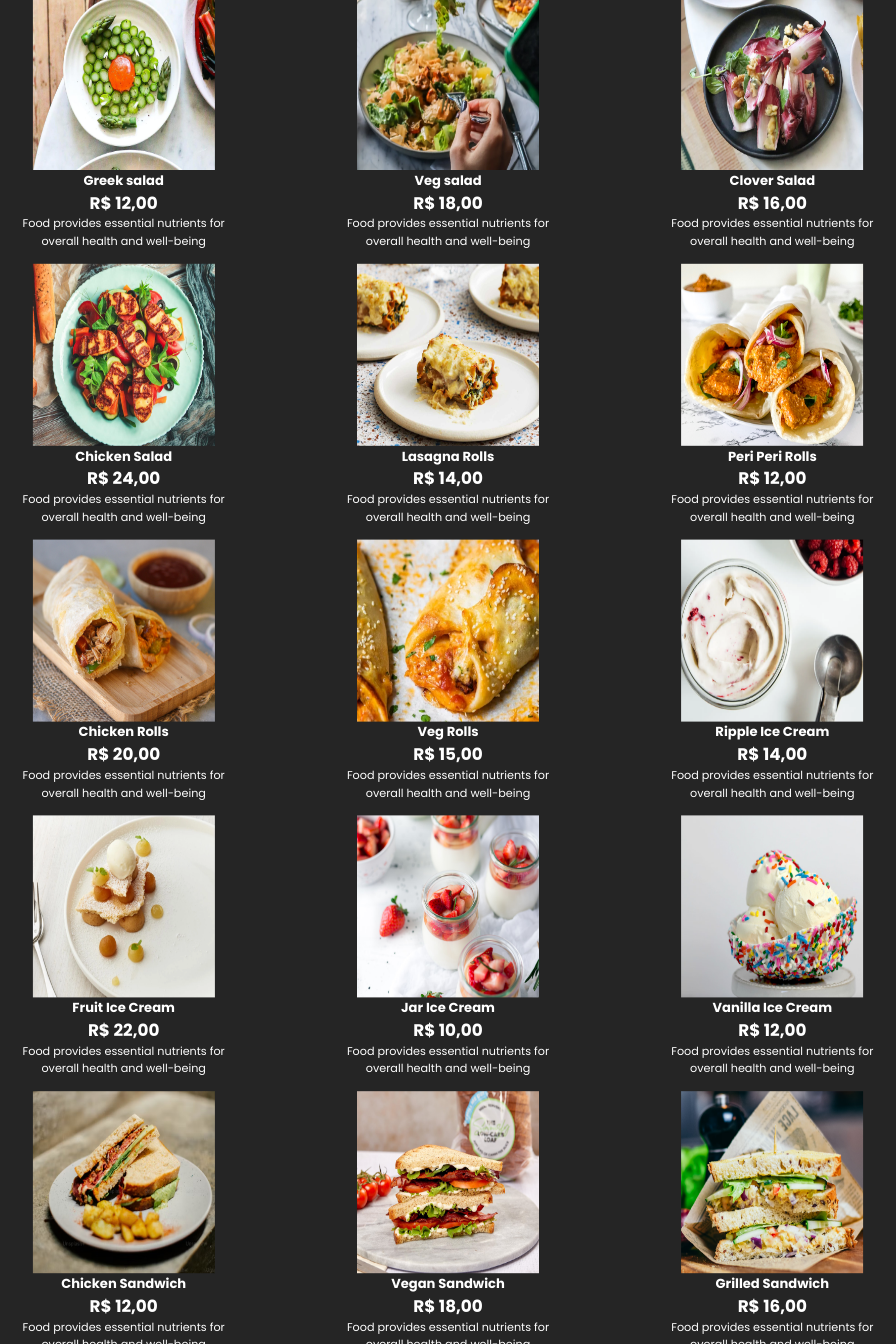
Repository: guilhermecardoso93/coffe-site-vite
Page: /
These files come from the project's save history. The page is drawn as it stood at one moment and after the next save; the edit follows.
The browser window is 1280 px wide. The pictures show the part of the page from y = 1487 to 3407 px (the page is 5785 px tall before and 6137 px after), at 70% of full size.
Some web fonts or font styles are not loaded; a fallback is used. The project was rebuilt for these pictures with package versions that can differ from the ones it lists, and the page was loaded fresh each time. Also part of the build but not shown: vite.config.js.

Above is the page before, as saved 2024-11-21 19:00:29.

### index.html
<!doctype html>
<html lang="en">

<head>
    <meta charset="UTF-8" />
    <link rel="icon" type="image/svg+xml" href="/vite.svg" />
    <link rel="preconnect" href="https://fonts.googleapis.com">
    <link rel="preconnect" href="https://fonts.gstatic.com" crossorigin>
    <link href="https://fonts.googleapis.com/css2?family=Miniver&family=Poppins:ital,wght@0,100;0,200;0,300;0,400;0,500;0,600;0,700;0,800;0,900;1,100;1,200;1,300;1,400;1,500;1,600;1,700;1,800;1,900&display=swap" rel="stylesheet">
    <meta name="viewport" content="width=device-width, initial-scale=1.0" />
    <title>Coffee WebSite</title>
</head>

<body>
    <div id="root"></div>
    <script type="module" src="/src/main.jsx"></script>
</body>

</html>

### src/main.jsx
import { StrictMode } from "react";
import { createRoot } from "react-dom/client";
import { App } from "./App.jsx";

import "./index.css";

createRoot(document.getElementById("root")).render(
  <StrictMode>
    <App />
  </StrictMode>
);

### src/App.jsx
import { Navbar } from "./components/Navbar";
import { Hero } from "./components/Hero";
import { About } from "./components/About";
import { Menu } from "./components/Menu";

export function App() {
  return (
    <>
      <Navbar />
      <Hero />
      <About />
      <Menu />
    </>
  );
}

### src/index.css
:root {
  font-synthesis: none;
  text-rendering: optimizeLegibility;
  -webkit-font-smoothing: antialiased;
  -moz-osx-font-smoothing: grayscale;

  --white-color: #fff;
  --dark-color: #252525;
  --primary-color: #3b141c;
  --secondary-color: #f3961c;
  --light-pink-color: #faf4f5;
  --medium-gray-color: #ccc;

  --font-size-s: 0.9rem;
  --font-size-n: 1rem;
  --font-size-m: 1.12rem;
  --font-size-l: 1.5rem;
  --font-size-xl: 2rem;
  --font-size-xxl: 2.3rem;

  --font-weight-normal: 400;
  --font-weight-medium: 500;
  --font-weight-semibold: 600;
  --font-weight-bold: 700;

  --border-radius-s: 8px;
  --border-radius-m: 30px;
  --border-radius-circle: 50%;

  --site-max-width: 1300px;
}

* {
  padding: 0;
  margin: 0;
  box-sizing: border-box;
  font-family: "Poppins", sans-serif;
}

ul {
  list-style: none;
}

a {
  text-decoration: none;
}

button {
  cursor: pointer;
  border: none;
  background-color: none;
}

img {
  width: 100%;
}

.section-content {
  margin: 0 auto;
  padding: 0 20px;
  max-width: var(--site-max-width);
}

.section-title {
  text-align: center;
  padding: 20px 0;
  text-transform: uppercase;
  font-size: var(--font-size-xl);
}

.section-title::after {
  content: '';
  width: 80px;
  height: 5px;
  display: block;
  margin: 10px auto 0;
  border-radius: var(--border-radius-s);
  background-color: var(--secondary-color);
}


@media screen and (max-width: 900px) {
  :root {
    --font-size-s: 0.9rem;
    --font-size-n: 1rem;
    --font-size-m: 1rem;
    --font-size-l: 1.3rem;
    --font-size-xl: 1.5rem;
    --font-size-xxl: 1.8rem;
  }
}

### src/components/Navbar/index.jsx
import { useState } from "react";
import { AlignJustify, X } from "lucide-react";
import "./styles.css";

export function Navbar() {
  // Estado para controlar a visibilidade do menu
  const [isMobileMenuOpen, setMobileMenuOpen] = useState(false);

  // Alternar o estado do menu
  const toggleMobileMenu = () => {
    setMobileMenuOpen((prevState) => !prevState);
    document.body.classList.toggle("show-mobile-menu", !isMobileMenuOpen); // Para adicionar/remover a classe no body
  };

  return (
    <header>
      <nav className="navbar section-content">
        <a href="/" className="nav-logo">
          <h2 className="logo-text">☕Coffee</h2>
        </a>
        {/* Menu com classe condicional */}
        <ul className={`nav-menu ${isMobileMenuOpen ? "show-mobile-menu" : ""}`}>
          <button id="menu-close-button" onClick={toggleMobileMenu}>
            <X color="black" size={40} />
          </button>
          <li className="nav-item">
            <a href="/" className="nav-link">
              Home
            </a>
          </li>
          <li className="nav-item">
            <a href="/about" className="nav-link">
              About
            </a>
          </li>
          <li className="nav-item">
            <a href="/menu" className="nav-link">
              Menu
            </a>
          </li>
          <li className="nav-item">
            <a href="/gallery" className="nav-link">
              Gallery
            </a>
          </li>
          <li className="nav-item">
            <a href="/contact" className="nav-link">
              Contact
            </a>
          </li>
        </ul>
        {/* Botão para abrir o menu */}
        <button id="menu-open-button" onClick={toggleMobileMenu}>
          <AlignJustify color="white" size={40} />
        </button>
      </nav>
    </header>
  );
}

### src/components/Hero/index.jsx
import heroImg from "../../assets/images/coffee-hero-section.png";
import "./styles.css";

export function Hero() {
  return (
    <main>
      <section className="hero-section">
        <div className="section-content-hero">
          <div className="hero-details">
            <h2 className="title">Best Coffee</h2>
            <h3 className="subtitle">
              Make your day great with our special coffee!
            </h3>
            <p className="description">
              Welcome to uor coffee paradise, where every tells a story end
              every cup sparks joy.
            </p>
            <div className="buttons">
              <a href="#" className="button order-now">
                {" "}
                Order Now
              </a>
              <a href="#" className="button contact-us">
                {" "}
                Contact Now
              </a>
            </div>
          </div>
          <div className="hero-image-wrapper">
            <img src={heroImg} alt="" className="hero-image" />
          </div>
        </div>
      </section>
    </main>
  );
}

### src/components/About/index.jsx
import { Instagram, Twitter, Youtube } from "lucide-react";
import AboutImg from "../../assets/images/about-image.jpg";
import "./styles.css";
export function About() {
  return (
    <section className="about-section" id="about">
      <div className="section-content">
        <div className="about-image-wrapper">
          <img src={AboutImg} alt="" className="about-image" />
        </div>
        <div className="about-details">
          <h2 className="section-title">About Us</h2>
          <p>
            At Coffee House in Berndorf, Germany, we pride ourselves on being a
            go-to destination for coffee lovers and conversation seekers alike.
            We're dedicated to providing an exceptional coffee experience in a
            cozy and inviting atmosphere, where guests can relax, unwind, and
            enjoy their time in comfort.
          </p>
          <div className="social-link-list">
            <a href="" className="social-link">
              <Instagram />
            </a>
            <a href="" className="social-link">
              <Twitter />
            </a>
            <a href="" className="social-link">
              <Youtube />
            </a>
          </div>
        </div>
      </div>
    </section>
  );
}

### src/components/Menu/index.jsx
import { food_list } from "../../assets/assets";

import "./styles.css";

export function Menu() {
  return (
      <section className="menu-section">
        <h2 className="section-title">Our Menu</h2>
        <div className="section-content">
          <ul className="menu-list">
            {food_list.map((item) => {
              const precoFormatado = item.price.toLocaleString("pt-BR", {
                style: "currency",
                currency: "BRL",
              });

              return (
                <li key={item._id} className="menu-item">
                  <img
                    src={item.image}
                    alt={item.name}
                    className="menu-image"
                  />
                  <h3>{item.name}</h3>
                  <h2>{precoFormatado}</h2>
                  <p>{item.description}</p>
                </li>
              );
            })}
          </ul>
        </div>
      </section>
  );
}

### src/components/Navbar/styles.css
header {
  position: fixed;
  width: 100%;
  z-index: 5;
  background-color: var(--primary-color);
}

header .navbar {
  display: flex;
  align-items: center;
  justify-content: space-between;
  padding: 20px;
}

.navbar .nav-logo .logo-text {
  color: var(--white-color);
  font-size: var(--font-size-xl);
  font-weight: var(--font-weight-semibold);
}

/* Menu principal */
.navbar .nav-menu {
  display: flex;
  gap: 10px;
  transition: transform 0.3s ease;
}

body.show-mobile-menu .nav-menu {
  transform: translateX(0);
}

.navbar .nav-menu.open {
  transform: translateX(0);
}

.navbar .nav-menu.closed {
  transform: translateX(-100%);
}

/* Botões de controle */
#menu-close-button,
#menu-open-button {
  display: none;
}

#menu-close-button,
#menu-open-button {
  cursor: pointer;
}

#menu-close-button {
  position: absolute;
  right: 30px;
  top: 30px;
}

/* Links do menu */
.navbar .nav-menu .nav-item {
  text-align: center;
  color: var(--white-color);
  padding: 10px 18px;
  border-radius: var(--border-radius-m);
  font-size: var(--font-size-m);
  transition: 0.3s ease;
}

.navbar .nav-menu .nav-item a {
  color: var(--white-color);
}

.navbar .nav-menu .nav-item:hover {
  color: var(--primary-color);
  background-color: var(--secondary-color);
}

/* Estilos responsivos */
@media screen and (max-width: 900px) {
  #menu-close-button,
  #menu-open-button {
    display: block;
    font-size: var(--font-size-l);
    background: none;
  }

  .navbar .nav-menu {
    flex-direction: column;
    position: fixed;
    top: 0;
    left: 0;
    width: 300px;
    height: 100%;
    padding-top: 100px;
    background: var(--white-color);
    transform: translateX(-100%);
  }

  .navbar .nav-menu .nav-item a {
    color: var(--dark-color);
  }

  .nav-menu .nav-item {
    margin-bottom: 2rem;
    background: none;
  }

  .navbar .nav-menu.open {
    transform: translateX(0);
  }

  .navbar .nav-menu .nav-link {
    margin-top: 17px;
    color: var(--dark-color);
    font-size: var(--font-size-l);
    gap: 1rem;
  }
}

### src/components/Hero/styles.css
.hero-section {
  min-height: 100vh;
  background-color: var(--primary-color);
}

.hero-section .section-content-hero {
  display: flex;
  align-items: center;
  min-height: 100vh;
  color: var(--white-color);
  justify-content: space-between;
  padding-top: 5rem;
  margin: 0 auto;
  padding: 0 20px;
  max-width: var(--site-max-width);
}

.hero-section .hero-details .title {
  font-size: var(--font-size-xxl);
  color: var(--secondary-color);
  font-weight: var(--font-weight-bold);
  font-family: "Miniver", sans-serif;
}

.hero-section .hero-details .subtitle {
  font-size: var(--font-size-xl);
  margin-top: 8px;
  max-width: 70%;
  font-weight: var(--font-weight-semibold);
}

.hero-section .hero-details .description {
  max-width: 70%;
  margin: 24px 0 40px;
  font-size: var(--font-size-m);
}

.hero-section .buttons {
  display: flex;
  gap: 23px;
}

.hero-section .hero-details .button {
  display: flex;
  align-items: center;
  text-align: center;
  padding: 10px 26px;
  color: var(--primary-color);
  border: 2px solid transparent;
  border-radius: var(--border-radius-m);
  background-color: var(--secondary-color);
  font-weight: var(--font-weight-medium);
  transition: 0.3s ease;
}

.hero-section .hero-details .button:hover,
.hero-section .hero-details .contact-us {
  color: var(--white-color);
  border-color: var(--white-color);
  background: transparent;
}

.hero-section .hero-details .contact-us:hover {
  color: var(--primary-color);
  border-color: var(--secondary-color);
  background-color: var(--secondary-color);
}

.hero-mage-wrapper {
  max-width: 500px;
  margin-right: 30px;
}

@media screen and (max-width: 900px) {
  .hero-section .section-content-hero {
    flex-direction: column-reverse;
    justify-content: center;
    gap: 50px;
    padding: 30px 20px 20px;
  }

  .hero-section .hero-image-wrapper {
    max-width: 270px;
    margin-right: 0;
  }

  .hero-section .hero-details :is(.subtitle, .description) {
    max-width: 100%;
  }

  .hero-section .hero-details .buttons {
    justify-content: center;
  }

  .hero-details {
    display: flex;
    flex-direction: column;
    align-items: center;
    justify-content: center;
  }
}

### src/components/About/styles.css
.about-section {
  padding: 120px 0;
  background-color: var(--light-pink-color);
}

.about-section .section-content {
  display: flex;
  align-items: center;
  justify-content: space-between;
  gap: 50px;
}

.about-section .about-details {
  max-width: 50%;
}

.about-section .about-image-wrapper .about-image {
  width: 400px;
  height: 400px;
  object-fit: cover;
  border-radius: var(--border-radius-circle);
}

.about-section .about-details .section-details {
  padding: 0;
}

.about-section .about-details p {
  line-height: 30px;
  margin: 50px 0 30px;
  text-align: center;
  font-size: var(--font-size-m);
}

.about-section .social-link-list {
  display: flex;
  gap: 25px;
  justify-content: center;
}

.about-section .social-link-list .social-link {
  color: var(--primary-color);
  font-size: var(--font-size-l);
  transition: 0.2s ease;
}

.about-section .social-link-list .social-link:hover {
  color: var(--secondary-color);

}

@media screen and (max-width: 900px) {
  .about-section .section-content {
    flex-direction: column;
    gap: 70px;
  }

  .about-section .about-image-wrapper .about-image {
    width: 100%;
    height: 100%;
    max-width: 250px;
    aspect-ratio: 1;
  }

  .about-section .about-details {
    max-width: 100%;
  }
}

### src/assets/assets.js
import food_1 from "./food/food_1.png";
import food_2 from "./food/food_2.png";
import food_3 from "./food/food_3.png";
import food_4 from "./food/food_4.png";
import food_5 from "./food/food_5.png";
import food_6 from "./food/food_6.png";
import food_7 from "./food/food_7.png";
import food_8 from "./food/food_8.png";
import food_9 from "./food/food_9.png";
import food_10 from "./food/food_10.png";
import food_11 from "./food/food_11.png";
import food_12 from "./food/food_12.png";
import food_13 from "./food/food_13.png";
import food_14 from "./food/food_14.png";
import food_15 from "./food/food_15.png";
import food_16 from "./food/food_16.png";
import food_17 from "./food/food_17.png";
import food_18 from "./food/food_18.png";
import food_19 from "./food/food_19.png";
import food_20 from "./food/food_20.png";
import food_21 from "./food/food_21.png";
import food_22 from "./food/food_22.png";
import food_23 from "./food/food_23.png";
import food_24 from "./food/food_24.png";
import food_25 from "./food/food_25.png";
import food_26 from "./food/food_26.png";
import food_27 from "./food/food_27.png";
import food_28 from "./food/food_28.png";
import food_29 from "./food/food_29.png";
import food_30 from "./food/food_30.png";
import food_31 from "./food/food_31.png";
import food_32 from "./food/food_32.png";

export const food_list = [
  {
    _id: "1",
    name: "Greek salad",
    image: food_1,
    price: 12,
    description:
      "Food provides essential nutrients for overall health and well-being",
    category: "Salad",
  },
  {
    _id: "2",
    name: "Veg salad",
    image: food_2,
    price: 18,
    description:
      "Food provides essential nutrients for overall health and well-being",
    category: "Salad",
  },
  {
    _id: "3",
    name: "Clover Salad",
    image: food_3,
    price: 16,
    description:
      "Food provides essential nutrients for overall health and well-being",
    category: "Salad",
  },
  {
    _id: "4",
    name: "Chicken Salad",
    image: food_4,
    price: 24,
    description:
      "Food provides essential nutrients for overall health and well-being",
    category: "Salad",
  },
  {
    _id: "5",
    name: "Lasagna Rolls",
    image: food_5,
    price: 14,
    description:
      "Food provides essential nutrients for overall health and well-being",
    category: "Rolls",
  },
  {
    _id: "6",
    name: "Peri Peri Rolls",
    image: food_6,
    price: 12,
    description:
      "Food provides essential nutrients for overall health and well-being",
    category: "Rolls",
  },
  {
    _id: "7",
    name: "Chicken Rolls",
    image: food_7,
    price: 20,
    description:
      "Food provides essential nutrients for overall health and well-being",
    category: "Rolls",
  },
  {
    _id: "8",
    name: "Veg Rolls",
    image: food_8,
    price: 15,
    description:
      "Food provides essential nutrients for overall health and well-being",
    category: "Rolls",
  },
  {
    _id: "9",
    name: "Ripple Ice Cream",
    image: food_9,
    price: 14,
    description:
      "Food provides essential nutrients for overall health and well-being",
    category: "Deserts",
  },
  {
    _id: "10",
    name: "Fruit Ice Cream",
    image: food_10,
    price: 22,
    description:
      "Food provides essential nutrients for overall health and well-being",
    category: "Deserts",
  },
  {
    _id: "11",
    name: "Jar Ice Cream",
    image: food_11,
    price: 10,
    description:
      "Food provides essential nutrients for overall health and well-being",
    category: "Deserts",
  },
  {
    _id: "12",
    name: "Vanilla Ice Cream",
    image: food_12,
    price: 12,
    description:
      "Food provides essential nutrients for overall health and well-being",
    category: "Deserts",
  },
  {
    _id: "13",
    name: "Chicken Sandwich",
    image: food_13,
    price: 12,
    description:
      "Food provides essential nutrients for overall health and well-being",
    category: "Sandwich",
  },
  {
    _id: "14",
    name: "Vegan Sandwich",
    image: food_14,
    price: 18,
    description:
      "Food provides essential nutrients for overall health and well-being",
    category: "Sandwich",
  },
  {
    _id: "15",
    name: "Grilled Sandwich",
    image: food_15,
    price: 16,
    description:
      "Food provides essential nutrients for overall health and well-being",
    category: "Sandwich",
  },
  {
    _id: "16",
    name: "Bread Sandwich",
    image: food_16,
    price: 24,
    description:
      "Food provides essential nutrients for overall health and well-being",
    category: "Sandwich",
  },
  {
    _id: "17",
    name: "Cup Cake",
    image: food_17,
    price: 14,
    description:
      "Food provides essential nutrients for overall health and well-being",
    category: "Cake",
  },
  {
    _id: "18",
    name: "Vegan Cake",
    image: food_18,
    price: 12,
    description:
      "Food provides essential nutrients for overall health and well-being",
    category: "Cake",
  },
  {
    _id: "19",
    name: "Butterscotch Cake",
    image: food_19,
    price: 20,
    description:
      "Food provides essential nutrients for overall health and well-being",
    category: "Cake",
  },
  {
    _id: "20",
    name: "Sliced Cake",
    image: food_20,
    price: 15,
    description:
      "Food provides essential nutrients for overall health and well-being",
    category: "Cake",
  },
  {
    _id: "21",
    name: "Garlic Mushroom ",
    image: food_21,
    price: 14,
    description:
      "Food provides essential nutrients for overall health and well-being",
    category: "Pure Veg",
  },
  {
    _id: "22",
    name: "Fried Cauliflower",
    image: food_22,
    price: 22,
    description:
      "Food provides essential nutrients for overall health and well-being",
    category: "Pure Veg",
  },
  {
    _id: "23",
    name: "Mix Veg Pulao",
    image: food_23,
    price: 10,
    description:
      "Food provides essential nutrients for overall health and well-being",
    category: "Pure Veg",
  },
  {
    _id: "24",
    name: "Rice Zucchini",
    image: food_24,
    price: 12,
    description:
      "Food provides essential nutrients for overall health and well-being",
    category: "Pure Veg",
  },
  {
    _id: "32",
    name: "Cooked Noodles",
    image: food_32,
    price: 15,
    description:
      "Food provides essential nutrients for overall health and well-being",
    category: "Noodles",
  },
  {
    _id: "25",
    name: "Cheese Pasta",
    image: food_25,
    price: 12,
    description:
      "Food provides essential nutrients for overall health and well-being",
    category: "Pasta",
  },
  {
    _id: "26",
    name: "Tomato Pasta",
    image: food_26,
    price: 18,
    description:
      "Food provides essential nutrients for overall health and well-being",
    category: "Pasta",
  },
  {
    _id: "27",
    name: "Creamy Pasta",
    image: food_27,
    price: 16,
    description:
      "Food provides essential nutrients for overall health and well-being",
    category: "Pasta",
  },
  {
    _id: "28",
    name: "Chicken Pasta",
    image: food_28,
    price: 24,
    description:
      "Food provides essential nutrients for overall health and well-being",
    category: "Pasta",
  },
  {
    _id: "29",
    name: "Buttter Noodles",
    image: food_29,
    price: 14,
    description:
      "Food provides essential nutrients for overall health and well-being",
    category: "Noodles",
  },
  {
    _id: "30",
    name: "Veg Noodles",
    image: food_30,
    price: 12,
    description:
      "Food provides essential nutrients for overall health and well-being",
    category: "Noodles",
  },
  {
    _id: "31",
    name: "Somen Noodles",
    image: food_31,
    price: 20,
    description:
      "Food provides essential nutrients for overall health and well-being",
    category: "Noodles",
  },
];

### src/components/Menu/styles.css
.menu-section {
  display: flex;
  flex-direction: column;
  justify-content: center;
  align-items: center;
  background-color: var(--dark-color);
  color: var(--white-color);
}

.menu-section .menu-list {
  display: flex;
  flex-wrap: wrap;
  align-items: center;
  justify-content: space-between;
  align-items: center;
  margin: 0 auto;
  gap: 20px;
}

.menu-section .menu-list .menu-item {
  display: flex;
  align-items: center;
  flex-direction: column;
  width: calc(100% / 3 - 100px);
  text-align: center;
}

.menu-section .menu-list .menu-item .menu-image {
  max-width: 83%;
  aspect-ratio: 1;
}

.menu-section .menu-list .menu-item  .name {
  margin: 13px 0;
  font-size: var(--font-size-l);
  font-weight: var(--font-weight-semibold);
}

@media screen and (max-width: 1024px) {
  .menu-section .menu-list {
    gap: 60px;
  }

  .menu-section .menu-list .menu-item {
    width: calc(100% / 3 - 60px);
  }
}


@media screen and (max-width: 900px) {
  .menu-section .menu-list .menu-item {}
}

After the next save:
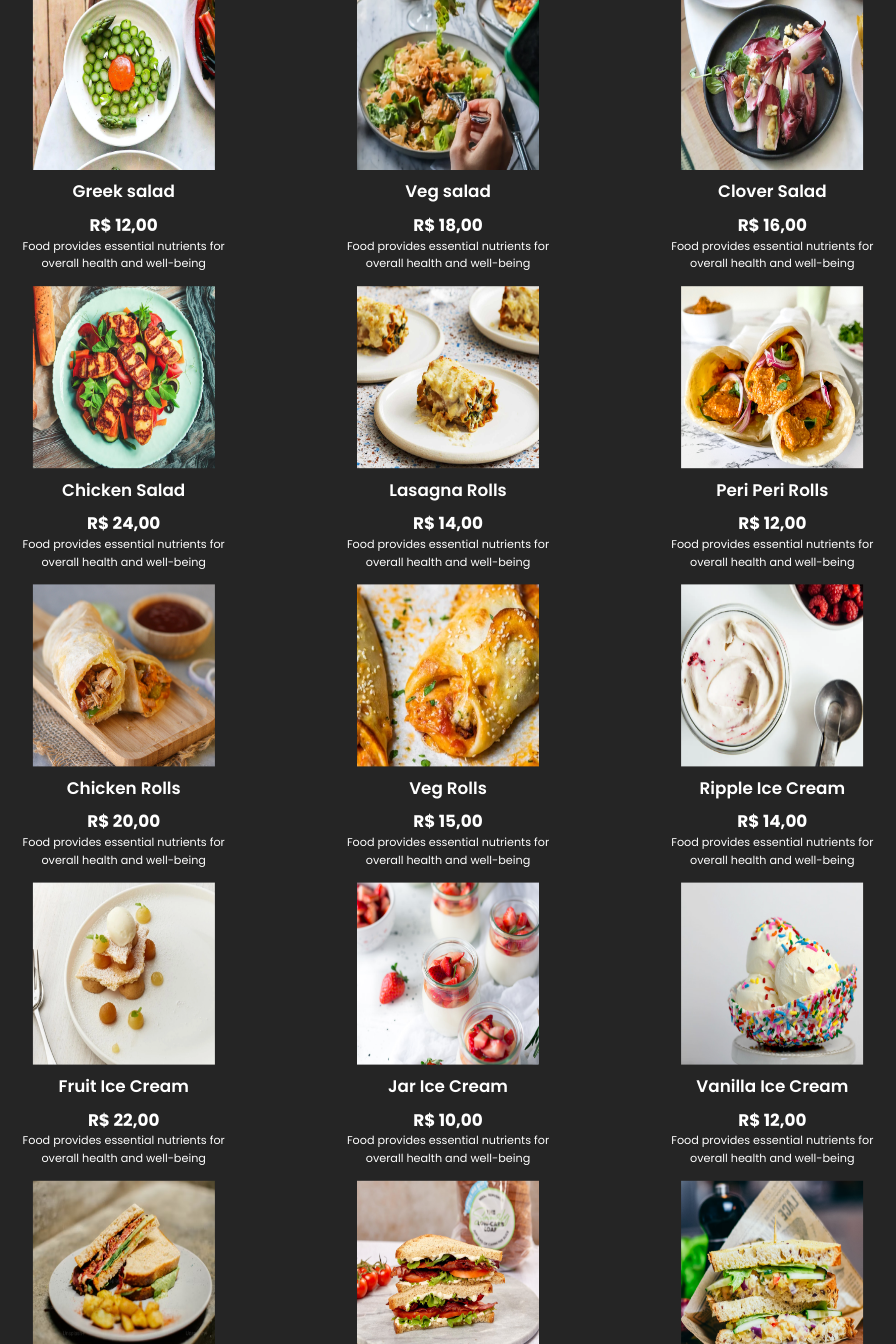
Saved 12 s later.
--- a/src/components/Menu/index.jsx
+++ b/src/components/Menu/index.jsx
@@ -21,7 +21,7 @@
                     alt={item.name}
                     className="menu-image"
                   />
-                  <h3>{item.name}</h3>
+                  <h3 className="name">{item.name}</h3>
                   <h2>{precoFormatado}</h2>
                   <p>{item.description}</p>
                 </li>
